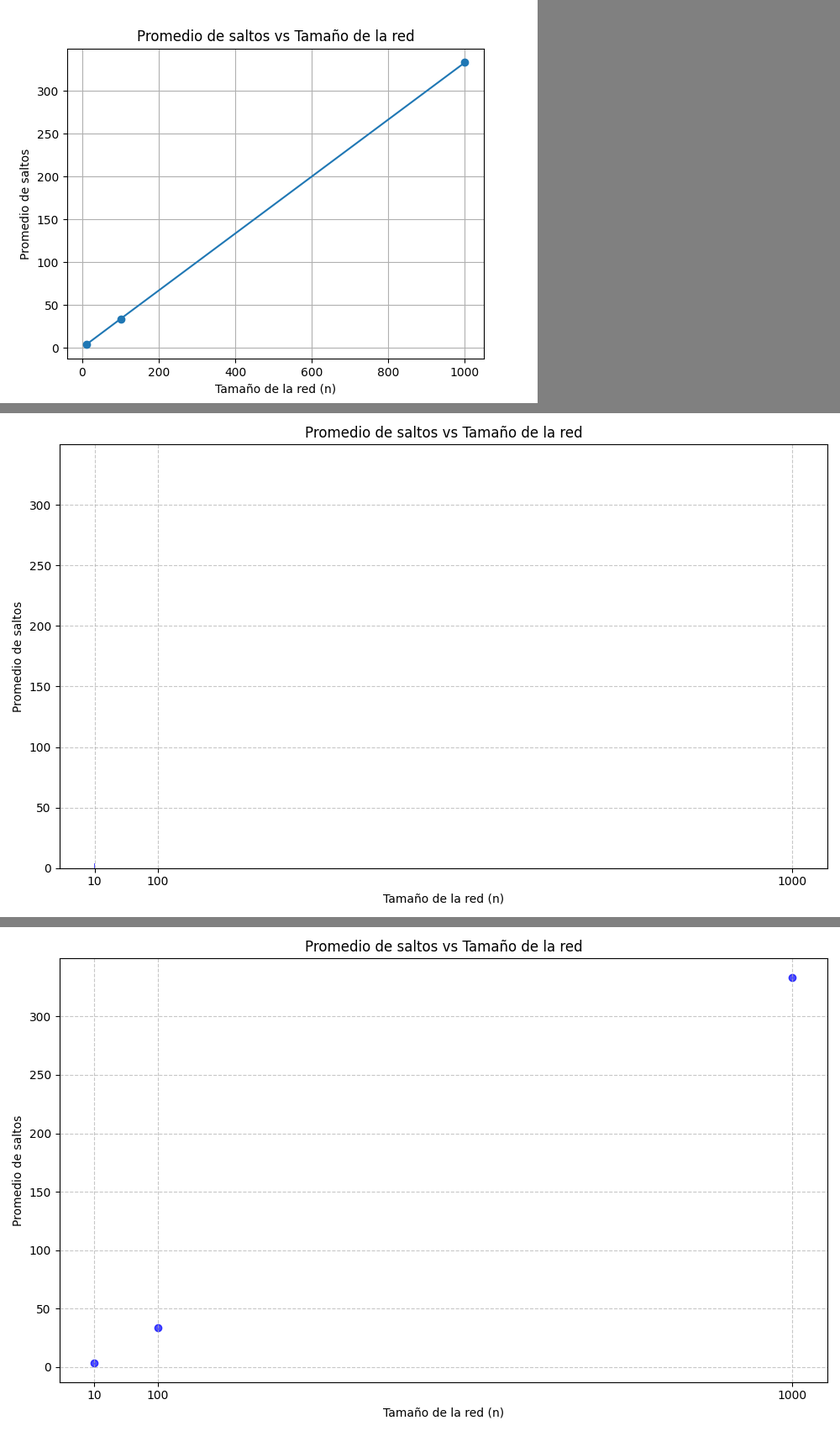
Repository: Carpinteron/TallerrRedes
Script's output: python SimulacionTaller.py
The author's editor kept a copy of each file at every save. The script's output is drawn from the files as they stood at one save, then again after the next save.
The pictures are shown at 84% of full size.
Each picture stacks the figures in order, with grey between them; figures that are only written to a file come last. Random numbers start from a fixed seed.

Above is the script's output before, as saved 2025-02-11 08:33:36.

After the next save:
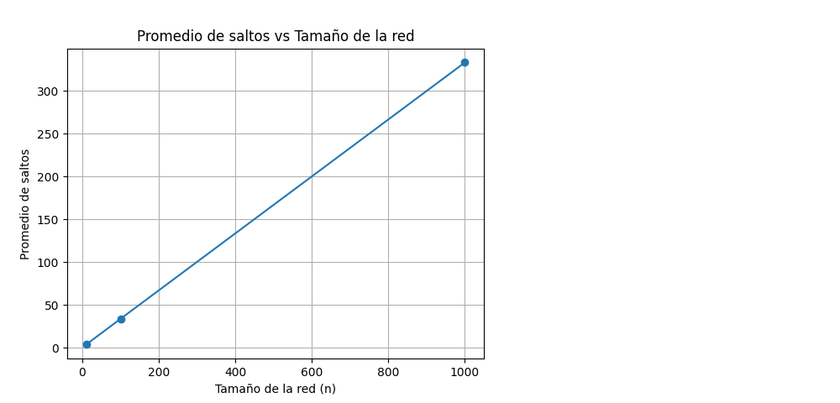
Error: NameError: name 'promedio_saltos' is not defined
Saved 75 s later.
--- a/SimulacionTaller.py
+++ b/SimulacionTaller.py
@@ -47,14 +47,17 @@
 plt.show()
 
 # De barras
-plt.figure(figsize=(10, 6)) # Ajustar el tamaño de la figura
-plt.bar(tamanos, promedios, color='b', alpha=0.7)
+# Crear gráfico de barras
+plt.bar(tamanos_red, promedio_saltos, color='skyblue')
+
+# Personalizar el gráfico
+plt.title('Promedio de saltos en función del tamaño de la red')
 plt.xlabel('Tamaño de la red (n)')
 plt.ylabel('Promedio de saltos')
-plt.title('Promedio de saltos vs Tamaño de la red')
-plt.xticks(tamanos) # Asegurarse de que todos los tamaños de red estén en el eje x
-plt.grid(True, linestyle='--', alpha=0.7) # Mejorar la visualización de la cuadrícula
-plt.tight_layout() # Ajustar el layout para que todo se vea bien
+plt.xticks(tamanos_red)  # Mostrar todos los valores en el eje X
+plt.grid(axis='y', linestyle='--', alpha=0.7)
+
+# Mostrar el gráfico
 plt.show()
 
 # Graficar los resultados como dispersión

After the 2 saves that followed:
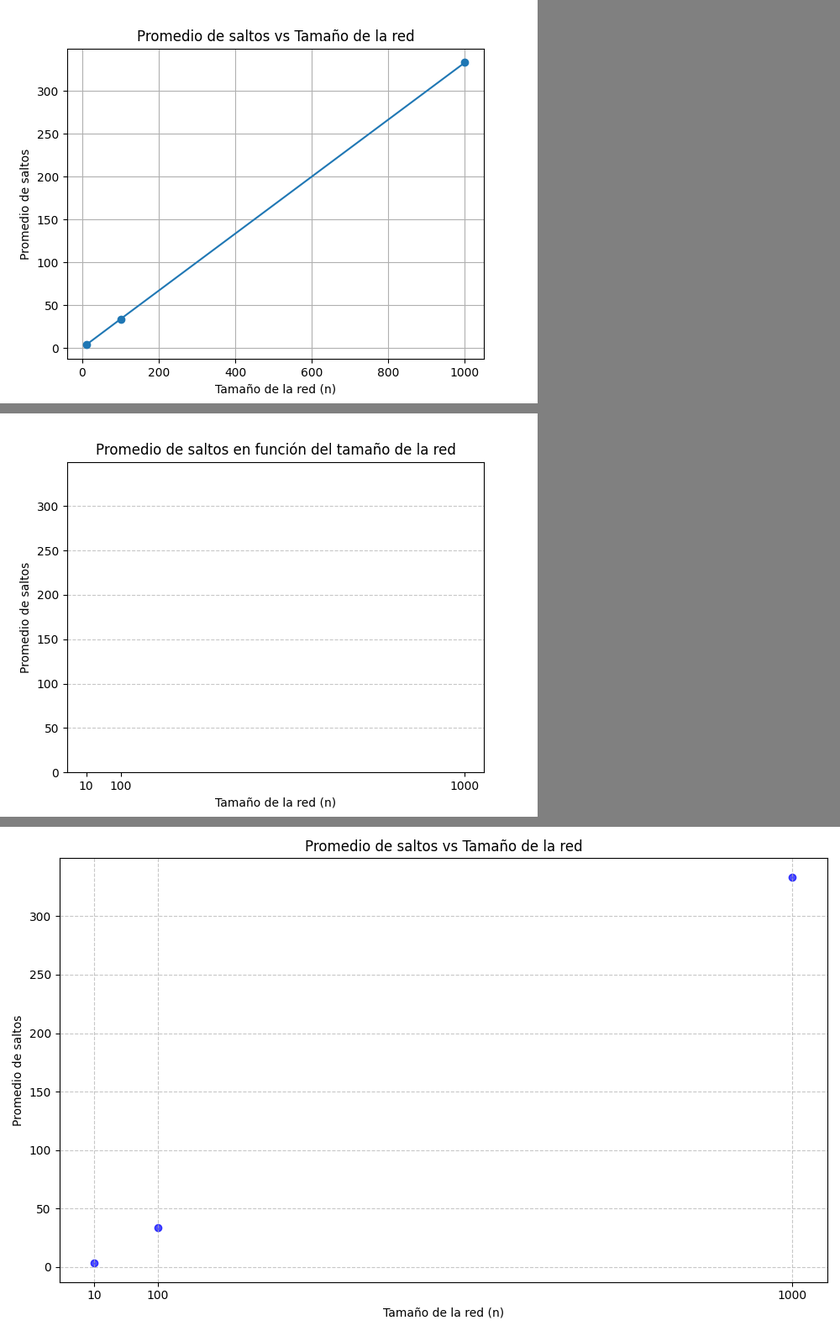
The error is gone.
The 2 saves are shown as one change because they came seconds apart.
The last was saved 10 s later.
--- a/SimulacionTaller.py
+++ b/SimulacionTaller.py
@@ -48,7 +48,7 @@
 
 # De barras
 # Crear gráfico de barras
-plt.bar(tamanos_red, promedio_saltos, color='skyblue')
+plt.bar(tamanos_red, promedios, color='skyblue')
 
 # Personalizar el gráfico
 plt.title('Promedio de saltos en función del tamaño de la red')
